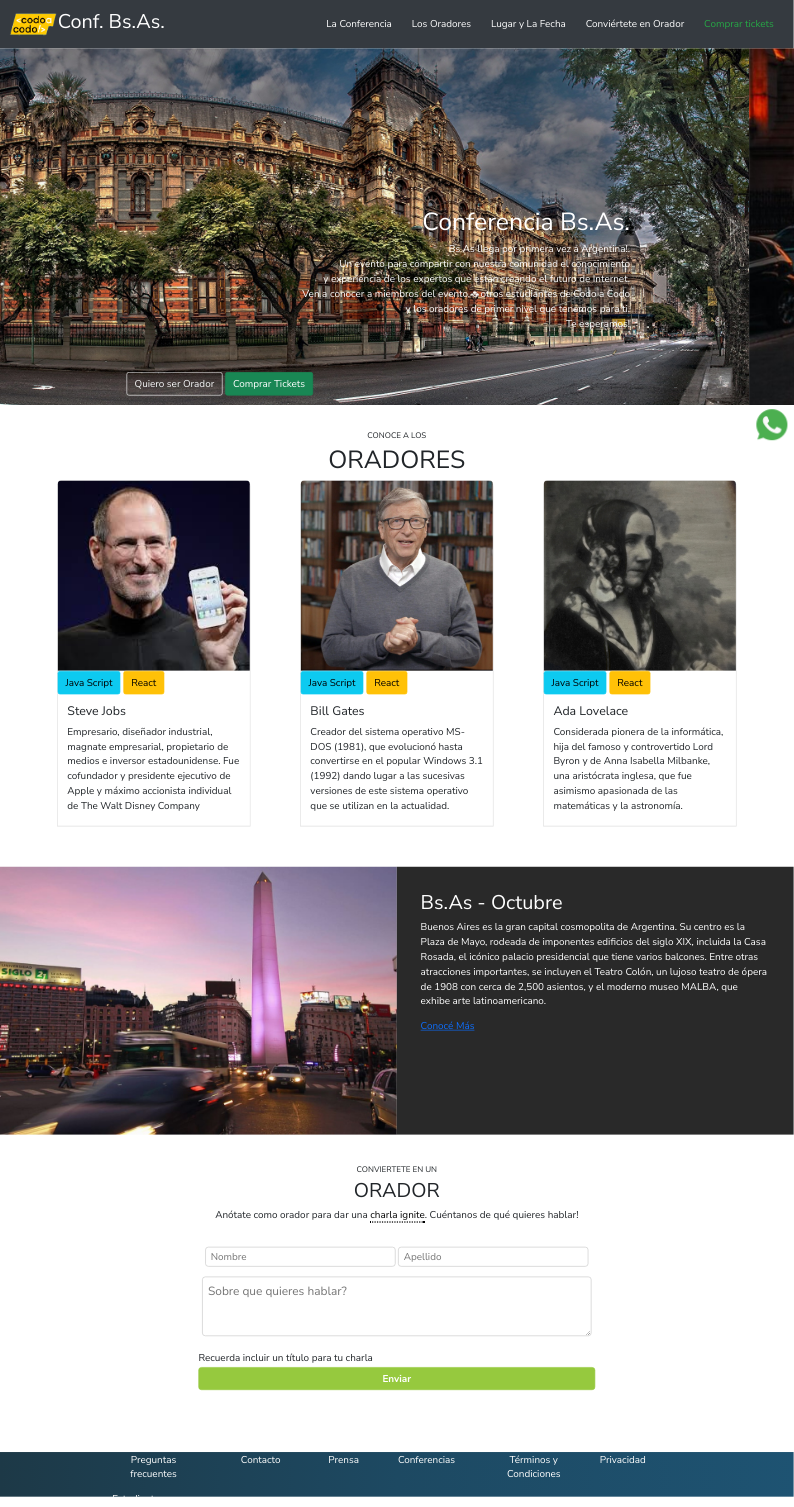
Repository: Melire/trabajo-final-BS
Page: index.html
An editor plug-in stored every save of this project. The page is shown before and after a run of saves, followed by the edit.
The browser window is 1280 px wide. The pictures show the whole page, at 62% of full size.

Above is the page before, as saved 2023-05-10 16:38:43.

### index.html
<!DOCTYPE html>
<html lang="es">

<head>
    <meta charset="UTF-8">
    <meta http-equiv="X-UA-Compatible" content="IE=edge">
    <meta name="viewport" content="width=device-width, initial-scale=1.0">
    <title>Proyecto Melisa Renovales Wolcan</title>
    <link rel="shortcut icon" href="favicon.ico" type="image/x-icon">
    <link href="https://cdn.jsdelivr.net/npm/bootstrap@5.0.2/dist/css/bootstrap.min.css" rel="stylesheet"
        integrity="sha384-EVSTQN3/azprG1Anm3QDgpJLIm9Nao0Yz1ztcQTwFspd3yD65VohhpuuCOmLASjC" crossorigin="anonymous">
    <link rel="stylesheet" href="./css/estilos3.css">

</head>

<body>
    <header class="header">
        <div class="headerNav">
            <div class="contenedorLogo">
                <a href="https://www.buenosaires.gob.ar/educacion/codo-codo" target="_blank">
                    <img src="./assets/img/codoacodo.png" alt="Logo">
                </a>
                <h2>Conf. Bs.As.</h2>
            </div>
            <!--barra de navegacion BS-->
            <nav>
                <ul class="nav">
                    <li class="nav-item">
                        <a class="nav-link active" aria-current="page" href="#laConferencia">La Conferencia</a>
                    </li>
                    <li class="nav-item">
                        <a class="nav-link" href="#losOradores">Los Oradores</a>
                    </li>
                    <li class="nav-item">
                        <a class="nav-link" href="#lugarYfecha">Lugar y La Fecha</a>
                    </li>
                    <li class="nav-item">
                        <a class="nav-link" href="#convierteteEnOrador">Conviértete en Orador</a>
                    </li>
                    <a class="nav-link color" href="./pages/comprar_tickets.html">Comprar tickets</a>
                    </li>
                </ul>
            </nav>

        </div>
        <!--comportamientos carrousel BS-->
        <section id="laConferencia" class="contenedorCarousel">
            <div id="carouselExampleCaptions" class="carousel slide" data-bs-ride="carousel">
                <div class="carousel-indicators">
                    <div class="carouselNone">
                        <button type="button" data-bs-target="#carouselExampleCaptions" data-bs-slide-to="0"
                            class="active" aria-current="true" aria-label="Slide 1"></button>
                        <button type="button" data-bs-target="#carouselExampleCaptions" data-bs-slide-to="1"
                            aria-label="Slide 2"></button>
                        <button type="button" data-bs-target="#carouselExampleCaptions" data-bs-slide-to="2"
                            aria-label="Slide 3"></button>
                    </div>

                    <!--botones carrousel-->
                    <nav class="container">
                        <div class="botonesCabecera">
                            <a href="#convierteteEnOrador" button type="button" class="btn btn-outline-light">Quiero ser
                                Orador</a>
                            <a href="./pages/comprar_tickets.html" button type="button" class="btn btn-success">Comprar
                                Tickets</a>
                        </div>
                    </nav>
                </div>
                <!--textos y fotos carrousel BS-->
                <div class="carousel-inner">
                    <div class="carousel-item active">
                        <img src="./assets/img/ba1.jpg" class="d-block w-100" alt="Palacio del agua">
                        <div class="carousel-caption d-none d-md-block">
                            <h5 class="texto"> Conferencia Bs.As.</h5>
                            <p> Bs As llega por primera vez a Argentina!.<br /> Un evento para compartir con nuestra
                                comunidad el conocimiento<br /> y experiencia de los expertos que están creando el
                                futuro de Internet.<br />
                                Ven a conocer a miembros del evento, a otros estudiantes de Codo a Codo<br /> y los
                                oradores de primer nivel que tenemos para ti.<br />Te esperamos!</p>
                        </div>
                    </div>
                    <div class="carousel-item">
                        <img src="./assets/img/ba2.jpg" class="d-block w-100" alt="obelisco">
                        <div class="carousel-caption d-none d-md-block">
                            <h5 class="texto">Paseos en bus</h5>
                            <p>Tenemos la mejor selección de tours en español en Argentina<br />
                                ¡y al mejor precio! Descubre todo lo que puedes hacer en la Ciudad de Buenos
                                Aires!<br />
                                Veni a conocer un mágico Buenos Aires<br /> Te invitamos a conocer las costumbres y
                                gastronomía de la vida porteña de antaño</p>
                        </div>
                    </div>
                    <div class="carousel-item">
                        <img src="./assets/img/ba3.jpg" class="d-block w-100" alt="Diagonal sur">
                        <div class="carousel-caption d-none d-md-block">
                            <h5 class="texto">Visitas guiadas en edificios históricos</h5>
                            <p>En nuestras caminatas guiadas,<br /> recorremos los edificios mas hermosos de la
                                ciudad,<br /> llenos de histrorias y misterios.<br /> No te lo pierdas!</p>
                        </div>
                    </div>
                </div>
                <button class="carousel-control-prev" type="button" data-bs-target="#carouselExampleCaptions"
                    data-bs-slide="prev">
                    <span class="carousel-control-prev-icon" aria-hidden="true"></span>
                    <span class="visually-hidden">Previous</span>
                </button>
                <button class="carousel-control-next" type="button" data-bs-target="#carouselExampleCaptions"
                    data-bs-slide="next">
                    <span class="carousel-control-next-icon" aria-hidden="true"></span>
                    <span class="visually-hidden">Next</span>
                </button>
            </div>
        </section>
    </header>
    <!--Oradores BS-->
    <main>
        <section id="losOradores" class="sectionOradores">
            <h2 class="tituloRadores"><span class=tituloCh>CONOCE A LOS</span> <br> ORADORES</h2>
            <div class="padreCards">
                <div class="row row-cols-1 row-cols-md-3 g-4">
                    <div class="col">
                        <div class="card h-100">
                            <img src="./assets/img/steve.jpg" class="card-img-top" alt="Steve Jobs">
                            <div class="buttonsCard">
                                <button type="button" class="btn btn-info">Java Script</button>
                                <button type="button" class="btn btn-warning">React</button>
                            </div>

                            <div class="card-body">
                                <h5 class="card-title">Steve Jobs</h5>
                                <p class="card-text">Empresario, diseñador industrial, magnate empresarial, propietario
                                    de medios e inversor
                                    estadounidense. Fue cofundador y presidente ejecutivo de Apple​ y máximo accionista
                                    individual de The Walt Disney Company</p>
                            </div>
                        </div>
                    </div>
                    <div class="col">
                        <div class="card h-100">
                            <img src="./assets/img/bill.jpg" class="card-img-top" alt="Bill Gates">
                            <div class="buttonsCard">
                                <button type="button" class="btn btn-info">Java Script</button>
                                <button type="button" class="btn btn-warning">React</button>
                            </div>
                            <div class="card-body">
                                <h5 class="card-title">Bill Gates</h5>
                                <p class="card-text">Creador del sistema operativo MS-DOS (1981), que evolucionó hasta
                                    convertirse en el popular
                                    Windows 3.1 (1992) dando lugar a las sucesivas versiones de este sistema operativo
                                    que se
                                    utilizan en la actualidad.</p>
                            </div>
                        </div>
                    </div>
                    <div class="col">
                        <div class="card h-100">
                            <img src="./assets/img/ada.jpeg" class="card-img-top" alt="Ada Lovelace">
                            <div class="buttonsCard">
                                <button type="button" class="btn btn-info">Java Script</button>
                                <button type="button" class="btn btn-warning">React</button>
                            </div>
                            <div class="card-body">
                                <h5 class="card-title">Ada Lovelace</h5>
                                <p class="card-text">Considerada pionera de la informática, hija del famoso y
                                    controvertido Lord Byron y de Anna
                                    Isabella Milbanke, una aristócrata inglesa, que fue asimismo apasionada de las
                                    matemáticas y
                                    la astronomía.</p>
                            </div>
                        </div>
                    </div>
                </div>
            </div>
        </section>
        <section id="lugarYfecha" class="container-fluid">
            <div class="row">
                <div class="col-sm-12 col-md-6 colIzq">

                </div>
                <div class="col-sm-12 col-md-6 colDer">
                    <h2>Bs.As - Octubre</h2>
                    <p>Buenos Aires es la gran capital cosmopolita de Argentina. Su centro es la Plaza de Mayo, rodeada
                        de imponentes edificios del siglo XIX, incluida la Casa Rosada, el icónico palacio presidencial
                        que tiene varios balcones. Entre otras atracciones importantes, se incluyen el Teatro Colón, un
                        lujoso teatro de ópera de 1908 con cerca de 2,500 asientos, y el moderno museo MALBA, que exhibe
                        arte latinoamericano.</p>
                    <a class="boton1" href="">Conocé Más</a>
                </div>
        </section>
        <section id="convierteteEnOrador" class="formularioOrador">
            <h2><span class="tituloCh"> CONVIERTETE EN UN </span> <br> ORADOR</h2>
            <p>Anótate como orador para dar una <a href="" class="charla">charla ignite</a>.
                Cuéntanos de qué quieres hablar!</p>
            <br>
            <form action="" autocomplete="on">
                <div>
                    <input class="inputNA" type="text" placeholder="Nombre" required>
                    <input class="inputNA" type="text" placeholder="Apellido" required>
                </div>
                <div>
                    <textarea class="textArea" name="" id="" cols="44" rows="6" placeholder="Sobre que quieres hablar?"
                        required></textarea>
                </div>
                <p class="finalForm">Recuerda incluir un título para tu charla</p>
                <div>
                    <input type="submit" value="Enviar" class="formSubmit">
                </div>
            </form>
        </section>
    </main>
    <!--footer BS-->
    <footer class="footer container-fluid mt-5">
        <div class="contenedorFooter row text-center gap-3 w-75 h-100 mx-auto">
            <a class="col-sm-12 col-md-2" href="#Preguntas frecuentes">Preguntas frecuentes</a>
            <a class="col-sm-12 col-md-2" href="#contacto">Contacto</a>
            <a class="col-sm-12 col-md-1" href="#prensa">Prensa</a>
            <a class="col-sm-12 col-md-2" href="#conferencias">Conferencias</a>
            <a class="col-sm-12 col-md-2" href="#condiciones">Términos y Condiciones</a>
            <a class="col-sm-12 col-md-1" href="#privacidad">Privacidad</a>
            <a class="col-sm-12 col-md-1" href="#estudiantes">Estudiantes</a>
        </div>
        <a href=""><img class="wsp" src="./assets/img/whatsapp.png" alt="what"></a>
    </footer>
    <script src="https://cdn.jsdelivr.net/npm/bootstrap@5.0.2/dist/js/bootstrap.bundle.min.js"
        integrity="sha384-MrcW6ZMFYlzcLA8Nl+NtUVF0sA7MsXsP1UyJoMp4YLEuNSfAP+JcXn/tWtIaxVXM"
        crossorigin="anonymous"></script>
</body>

</html>

### css/estilos3.css
@import url('https://fonts.googleapis.com/css2?family=Nunito+Sans:wght@400;600;700&display=swap');

* {
    margin: 0;
    padding: 0;
    box-sizing: border-box;
}

body {
    font-family: 'Nunito Sans', sans-serif;
}

.header {
    margin-bottom: 1rem;
}

.headerNav {
    background-color: rgb(53, 58, 64);
    display: flex;
    flex-wrap: wrap;
    justify-content: space-between;
    padding: 1rem 1rem;
    align-items: center;
}
.contenedorLogo {
    width: 20%;
    display: flex;
    align-items: center;
    justify-content: space-between;
}

.contenedorLogo a {
    display: inline-block;
    width: 30%;
}

.contenedorLogo img {
    width: 100%;
    object-fit: cover;
}

.contenedorLogo h2 {
    color: white;
}

.nav-link {
    color: white;
}

.color {
    color: rgb(39, 167, 70);
}

.contenedorCarousel {
    width: 100%;
    height: 80vh;
}

.contenedorCarousel img {
    height: 80vh;
    object-fit: cover;
}

.contenedorCarousel p {
    text-align:right;
    text-shadow: #000000;
    margin-bottom: 5rem;
}

.texto {
    font-size: 2.5rem;
    text-align: right;
}
.buttonsCarousel {
    align-items:center;
    margin-left: 48rem;
    padding: 2rem;

}

.carouselNone
{
    display: none;
  }
.sectionOradores h2 {
    text-align: center;
}

.tituloCh {
    font-size: small;
}

.tituloRadores {
    font-size: 2.5rem;
}
.padreCards {
    width: 90%;
    margin: 0 auto;
    justify-content: center;
    align-items: center;
    flex-wrap: wrap;
    height: 90vh;

}
.card{

    width: 85%;
    margin: 0 auto;
    height: 90vh;
    column-gap: 4%;
    border-radius: 2% 2% 0px 0px;
}
.card img {

    height: 55%;
    border-radius: 2% 2% 0px 0px;

}

.buttonsCard{
color: white;
}
.colIzq {
    background-image: url("../assets/img/obelisco.jpg");
    background-size: cover;
    background-position: center;
    background-repeat: no-repeat;
    height: 60vh;
}

.colDer {
    background-color: rgb(41, 41, 41);
    color: white;
    height: 60vh;
    padding: 3%;
}

.formularioOrador {
    width: 50%;
    height: 60vh;
    margin: 2rem auto;
    text-align: center;
}

.formularioTicket {
    display: flex;
    width: 80%;
    height: 80vh;
    margin: 2rem auto;
    text-align: center;
    align-items: center;
    flex-direction: column;
}

.radio {
    text-align: left;
    padding: 5rem auto;
    font-size: 1rem;

}

.charla {
    text-decoration: none;
    color: black;
    border-bottom: 2px dotted black;
}

.inputNA {
    width: 48%;

    height: 2rem;
    margin-bottom: 1rem;
    border-radius: 5px;
    border: 1px solid rgb(198, 198, 198);
    padding-left: 0.5rem;
}

.textArea {
    width: 98%;
    height: 6rem;
    margin-bottom: 1rem;
    border-radius: 5px;
    border: 1px solid rgb(198, 198, 198);
    font-size: 1.2rem;
    padding: 0.5rem;
}

.finalForm {
    display: flex;
    text-align: left;
    font-size: smaller5;
    margin-bottom: 0.2rem;
}

.formSubmit {
    width: 100%;
    height: 2.3rem;
    border-radius: 5px;
    border: 1px solid rgb(150, 201, 62);
    background-color: rgb(150, 201, 62);
    color: white;
    font-weight: bold;
    font-size: 1rem;
    cursor: pointer;
    margin-bottom: 1rem;
}

.formSubmitb {
    width: 50%;
    height: 2rem;
    border-radius: 5px;
    border: 1px solid rgb(88, 88, 88);
    background-color: rgb(88, 88, 88);
    color: white;
    font-weight: bold;
    font-size: 1rem;
    cursor: pointer;
    margin-bottom: 1rem;

}

.wsp {
    position: fixed;
    bottom: 10px;
    right: 10px;
    width: 50px;
}

.footer {
    background: linear-gradient(to right, #1d3947, #1d4962, #1e5372);
    height: 10vh;
}

.contenedorFooter {
    width: 70%;
    height: 100%;
    margin: 0 auto;
}

.contenedorFooter a {
    color: white;
    text-decoration: none;
    font-size: 1 rem;
}

/*vamos a cargar ahora el diseño para celular*/
/*0 - 567px  */
/*
@media screen and (max-width: 567px) {
    .headerNav {
        background-color: rgb(56, 56, 56);
        flex-direction: column;
        align-items: center;
        justify-content: center;
        height: initial;
        padding: 1rem;
    }

    .contenedorLogo {
        width: 70%;
    }

    .contenedorLogo img {
        width: 70%;
        object-fit: cover;
    }

    .listaNav {
        flex-direction: column;
        align-items: center;
        justify-content: center;
        width: 100%;
    }

    .laConferencia {
        height: 60%;
        background: url("../assets/img/madero.jpg");
        background-size: cover;
        background-position: center;
        background-repeat: no-repeat;
        padding-right: initial;
        align-items: center;
        justify-content: center;

    }

    .contenedorTextConf {
        background: linear-gradient(to bottom, #000000c2, #000000c2);
        width: 100%;
        text-align: center;
        font-size: small;
    }

    .escritorio {
        display: none;
    }

    .padreCards {
        width: 90%;
        height: initial;
    }

    .card {
        border: 1px solid rgb(207, 202, 202);
        width: 300px;
        height: 90%;
        border-radius: 2%;
        margin-bottom: 1rem;
    }

    .colIzq {
        height: 30vh;
    }

    .colDer {
        height: 50vh;
        font-size: small;
    }

    .formularioOrador {
        height: initial;
    }

    .formularioTicket {
        height: initial;
    }

    .footer {
        height: initial;
        padding: 30px;
    }

    .wsp {
        position: fixed;
        bottom: 20px;
        right: 10px;
        width: 30px;
    }
}
/*

@media screen and (min-width: 568px) and (max-width:767px) {
    .headerNav {
        flex-direction: column;
        align-items: center;
        justify-content: center;
        height: initial;
        padding: 1rem 1rem;

    }

    .contenedorLogo {
        width: 50%;
    }

    .navegacion {
        width: 100%;
    }

    .listaNav {
        width: 100%;
        justify-content: space-evenly;
    }

    .linkNav {
        font-size: 1rem;
    }

    .contenedorTextConf {
        width: 90%;
    }

    .tituloRadores {
        margin-top: 4rem;
    }

    .padreCards {
        width: 90%;
        height: initial;
    }

    .card {
        border: 1px solid rgb(207, 202, 202);
        width: 300px;
        height: 90%;
        border-radius: 2%;
        margin-bottom: 1rem;
    }

    .lugarFecha {
        display: flex;
        align-items: center;
        height: 70vh;
        color: rgb(253, 253, 253);
        font-size: small;
        background: linear-gradient(to bottom, #00000026, #000000c2, #00000026), url("../assets/img/obelisco.jpg");
        background-size: cover;
        background-position: center;
        background-repeat: no-repeat;
    }

    .left {
        display: none;
    }

    .right {
        width: 100%;
        border-left: 1px solid white;
        padding: 2%;
    }

    .right h2 {
        margin-bottom: 1rem;
    }

    .right p {
        margin-bottom: 1rem;
        line-height: 1.7;
    }

    .formularioOrador {
        height: initial;
    }

    .formularioTicket {
        height: initial;
    }

    .wsp {
        position: fixed;
        bottom: 20px;
        right: 10px;
        width: 30px;
    }

    .contenedorFooter {
        width: 70%;
        height: 100%;
        margin: 0 auto;
        display: flex;
        justify-content: space-evenly;
        align-items: flex-start;
    }

    .contenedorFooter a {
        color: white;
        text-decoration: none;
        font-size: small;
        padding: 0.3rem;
        align-items: flex-start;
    }
}






@media screen and (min-width: 768px) and (max-width:991px) {

    .headerNav {
        flex-direction: column;
        align-items: center;
        justify-content: center;
        height: initial;
        padding: 1rem 1rem;

    }

    .contenedorLogo {
        width: 50%;
    }

    .navegacion {
        width: 100%;
    }

    .listaNav {
        width: 100%;
        justify-content: space-evenly;
    }

    .linkNav {
        font-size: 1.2rem;
    }

    .contenedorTextConf {
        width: 90%;
    }

    .tituloRadores {
        margin-top: 5rem;
    }

    .padreCards {
        width: 90%;
        height: initial;

    }

    .card {
        border: 1px solid rgb(207, 202, 202);
        width: 300px;
        height: 90%;
        border-radius: 2%;
        margin-bottom: 1rem;
    }

    .lugarFecha {
        display: flex;
        align-items: stretch;
        height: 60vh;
        background-color: rgb(41, 41, 41);
        color: white;
        font-size: small;

    }

    .formularioOrador {
        height: initial;
    }

    .formularioTicket {
        height: initial;
    }

    .wsp {
        position: fixed;
        bottom: 40px;
        right: 20px;
        width: 30px;
    }

    .contenedorFooter a {
        color: white;
        text-decoration: none;
        padding: 1rem;
        align-items: flex-start;
    }

}

@media screen and (min-width: 992px) and (max-width:1299px) {
    .headerNav {
        padding: 1rem 1rem;
    }

    .contenedorLogo {
        width: 20%;
    }

    .navegacion {
        margin-left: 20px;
        width: 65%;
    }

    .padreCards {
        width: 90%;
        height: initial;
    }

    .card {
        margin-bottom: 1rem;
    }

    .lugarFecha {
        font-size: small;

    }

    .formularioOrador {
        height: initial;
    }

    .formularioTicket {
        height: initial;
    }

    .wsp {
        position: fixed;
        bottom: 40px;
        right: 20px;
        width: 40px;
    }

    .contenedorFooter a {
        color: white;
        text-decoration: none;
        padding: 1rem;
        align-items: flex-start;
    }

}

/*
@media screen and (min-width: 1300px) and (max-width:1399px) {
    .headerNav {
        background-color: rgb(229, 255, 0);
        padding: 1rem 1rem;
    }

    .contenedorLogo {
        width: 20%;
    }

    .navegacion {
        margin-left: 20px;
        width: 65%;
    }

    .padreCards {
        width: 90%;
        height: initial;
    }

    .card {
        margin-bottom: 1rem;
    }

    .lugarFecha {
        font-size: small;

    }

    .formularioOrador {
        height: initial;
    }
    .formularioTicket {
        height: initial;
    }
    .wsp {
        position: fixed;
    bottom:40px;
        right: 20px;
        width: 40px;
    }

    .contenedorFooter {
        width: 70%;
        height: 100%;
        margin: 0 auto;
        display: flex;
        justify-content: space-evenly;

    }

    .contenedorFooter a {
        color: white;
        text-decoration: none;
        padding: 1rem;
        align-items: flex-start;
    }
}

/*otra opcion
/*celulares
@media screen and (max-width: 767px){

}
/*algunas tablets y notebook
@media screen and (min-width: 768px) and (max-width:1399px) {

}

*/

After the next 3 saves:
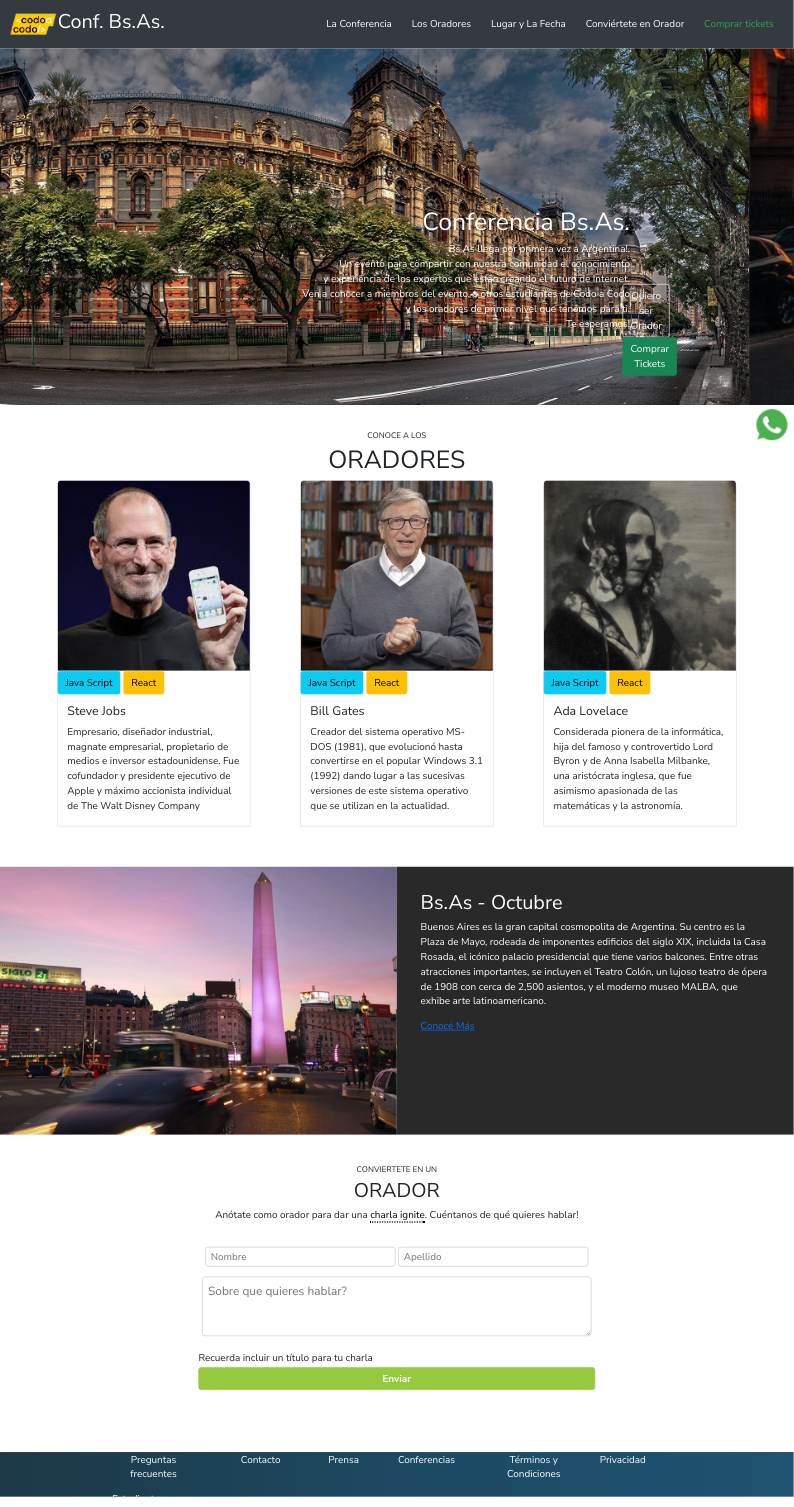
The 3 saves are shown as one change because they came seconds apart.
The last was saved 20 s later.
--- a/css/estilos3.css
+++ b/css/estilos3.css
@@ -71,7 +71,7 @@
     font-size: 2.5rem;
     text-align: right;
 }
-.buttonsCarousel {
+.botonesCabecera {
     align-items:center;
     margin-left: 48rem;
     padding: 2rem;
